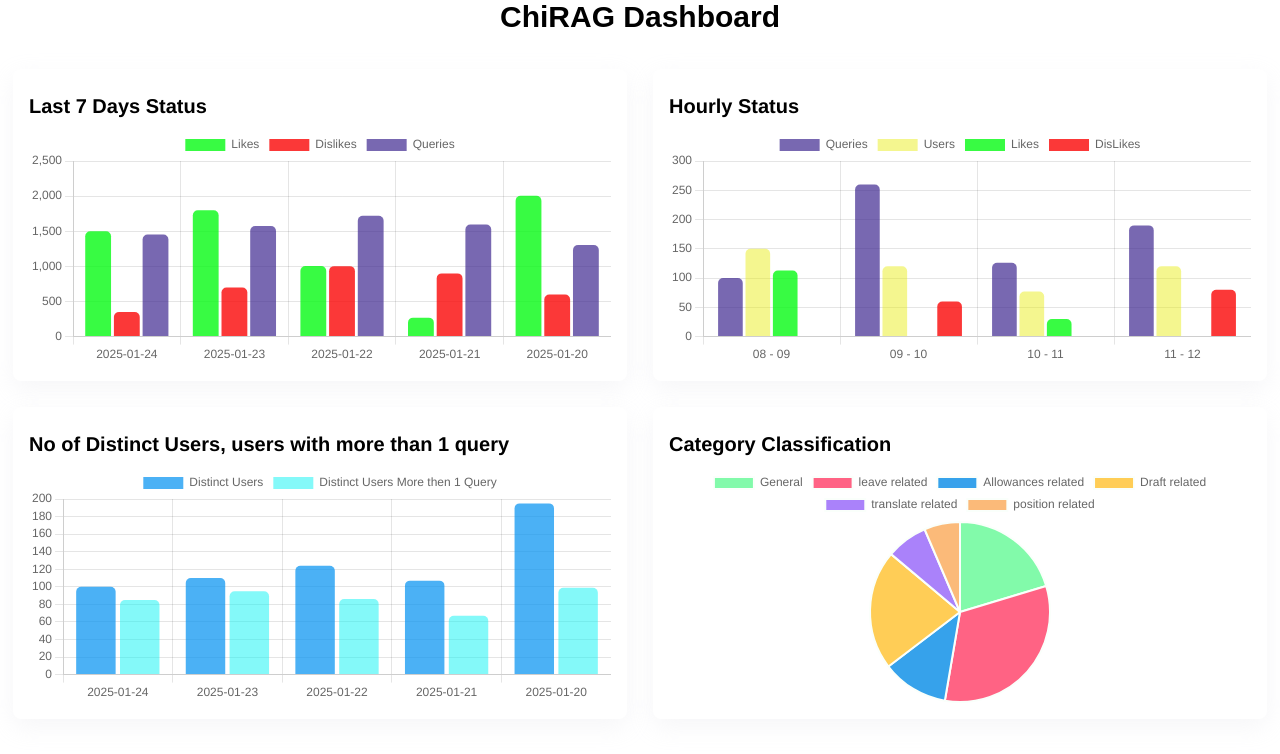
Repository: NAGARAJ-DEVELOPER/Dashboard
Page: /
An editor plug-in stored every save of this project. The page is shown before and after the next save, followed by the edit.
The browser window is 1280 px wide. The pictures show the whole page.
The project was rebuilt for these pictures with package versions that can differ from the ones it lists, and the page was loaded fresh each time. Also part of the build but not shown: vite.config.js.

Above is the page before, as saved 2025-02-16 15:59:19.

### src/App.jsx
import React from "react";
import { Chart as ChartJS, defaults } from "chart.js/auto";
import { Bar, Doughnut, Line, Pie } from "react-chartjs-2";
import { useState,useEffect } from "react";

import "./App.css";




defaults.maintainAspectRatio = false;
defaults.responsive = true;

defaults.plugins.title.display = true;
defaults.plugins.title.align = "start";
defaults.plugins.title.font.size = 20;
defaults.plugins.title.color = "black";

export const App = () => {

  const [Week, setWeekData] = useState([]);
  const [toady, setTodayData] = useState([]);
  const [user, setUserData] = useState([]);
  const [category, setCategoryData] = useState([]);

  useEffect(() => {
      fetch("./config.json") // Load config file
          .then((response) => response.json())
          .then((config) => {
              // Fetch JSON files dynamically
              console.log("Success");
              loadJSON(config.week, setWeekData);
              loadJSON(config.today, setTodayData);
              loadJSON(config.user, setUserData);
              loadJSON(config.category, setCategoryData);
          })
          .catch((error) => console.error("Error loading config.json:", error));
  }, []);

  const loadJSON = (path, setter) => {
      fetch(path)
          .then((response) => response.json())
          .then((data) => setter(data))
          .catch((error) => console.error(`Error loading ${path}:`, error));
  };

  return (
   <>
   <div className="HeaderStyle">
   <h1 >ChiRAG Dashboard</h1>
   </div>
    <div className="App">

        <div className="dataCard categoryCard">
        <Bar
          data={{
            labels: Week.map((data) => data.DATE1),
            datasets: [
              {
                label: "Likes",
                data: Week.map((data) => data.number_of_likes),
                backgroundColor: [
             "rgba(7, 250, 20, 0.8)",
                ],
                borderRadius: 5,
              },
              {
                label: "Dislikes",
                data: Week.map((data) => data.number_of_dislikes),
                backgroundColor: [

                  "rgba(250, 7, 7, 0.8)",

                ],
                borderRadius: 5,
              },
              {
                label: "Queries",
                data: Week.map((data) => data.number_of_ques),
                backgroundColor: [
                  "rgba(63, 40, 145, 0.7)",
                ],
                borderRadius: 5,
              },
            ],
          }}
          options={{
            plugins: {
              title: {
                text: "Last 7 Days Status",
              },
            },
          }}
        />
      </div>


      <div className="dataCard categoryCard">
        <Bar
          data={{
            labels: toady.map((data) => data.B_TIME),
            datasets: [
              {
                label: "Queries",
                data: toady.map((data) => data.C_Questions),
                backgroundColor: [
                  "rgba(63, 40, 145, 0.7)",
                ],
                borderRadius: 5,
              },
              {
                label: "Users",
                data: toady.map((data) => data.D_Users),
                backgroundColor: [

                  "rgba(231, 235, 8, 0.45)",

                ],
                borderRadius: 5,
              },
              {
                label: "Likes",
                data: toady.map((data) => data.F_Likes),
                backgroundColor: [
                  "rgba(7, 250, 20, 0.8)",
                ],
                borderRadius: 5,
              },
              {
                label: "DisLikes",
                data: toady.map((data) => data.Dis_Likes),
                backgroundColor: [
                  "rgba(250, 7, 7, 0.8)",
                ],
                borderRadius: 5,
              },
            ],
          }}
          options={{
            plugins: {
              title: {
                text: "Hourly Status",
              },
            },
          }}
        />
      </div>


      <div className="dataCard categoryCard">
        <Bar
          data={{
            labels: user.map((data) => data.DATE1),
            datasets: [
              {
                label: "Distinct Users",
                data: user.map((data) => data.number_of_distinct_users),
                backgroundColor: 'rgba(9, 149, 241, 0.73)',
                borderRadius: 5,
              },
              {
                label: "Distinct Users More then 1 Query",
                data: user.map((data) => data.Distinct_Users_more_1query),
                backgroundColor:'rgba(10, 243, 243, 0.5)',
                borderRadius: 5,
              },
            ],
          }}
          options={{
            plugins: {
              title: {
                text: "No of Distinct Users, users with more than 1 query",
              },
            },
          }}
        />
      </div>


      <div className="dataCard categoryCard">
        <Pie
          data={{
            labels: category.map((data) => data.category),
            datasets: [
              {
                label: "Count",
                data: category.map((data) => data.COUNT_CAT),
                backgroundColor: [
                  'rgba(7, 245, 86, 0.5)',
         'rgb(255, 99, 132)',
      'rgb(54, 162, 235)',
      'rgb(255, 205, 86)',
        'rgba(86, 6, 245, 0.5)',
        'rgba(247, 129, 11, 0.55)',
                ],
                borderColor: [
                  'rgb(250, 255, 251)',
                  'rgb(250, 255, 251)',
                  'rgb(250, 255, 251)',
                  'rgb(250, 255, 251)',
                  'rgb(250, 255, 251)',
                  'rgb(250, 255, 251)',
                ],animation :Pie,
              },
            ],
          }}
          options={{
            plugins: {
              title: {
                text: "Category Classification",
              },
            },
          }}
        />
      </div>
    </div>
    </>
  );
};

### src/App.css
.App {
  height: 100vh;
  width: 100%;
  display: flex;
  flex-direction: row;
  align-items: center;
  justify-content: center;
  align-content: center;
  gap: 2vw;
  flex-wrap: wrap;
  background-color: #ffffff;
  overflow: auto;
}
.HeaderStyle{
  font-size: 15px;
  display: flex;
  justify-content: center; /* Horizontal alignment */
  align-items: center; /* Vertical alignment */
}
.dotted {
  border-top: 20px dotted #0a0a0a;
}
.vl {
  border-left: 2px dashed rgb(8, 8, 8);
  height: 98%;
  position: absolute;
  left: 49%;
  margin-left: -3px;
  top: 0;
}
.dataCard {
  background-color: #ffffff;
  border-radius: 0.5em;
  box-shadow: rgba(208, 210, 218, 0.2) 0px 8px 24px;
  padding: 1em;
}

.revenueCard {
  width: 92%;
  height: 20rem;
}

.customerCard {
  width: 50%;
  height: 19.5rem;
}

.categoryCard {
  width: 48%;
  height: 19.5rem;
}

### public/config.json
{
    "week": "data/7days.json",
    "today": "data/Today.json",
    "user": "data/Users.json",
    "category": "data/Category.json"
  }

### public/data/7days.json
[
    {  "DATE1": "2025-01-24", "number_of_dislikes": 350, "number_of_likes": 1500,  "number_of_ques": 1452 },
    {  "DATE1": "2025-01-23", "number_of_dislikes": 700, "number_of_likes": 1800,  "number_of_ques": 1574 },
    {  "DATE1": "2025-01-22", "number_of_dislikes": 1003, "number_of_likes": 1005,  "number_of_ques": 1720 },
    {  "DATE1": "2025-01-21", "number_of_dislikes": 900, "number_of_likes": 270,  "number_of_ques": 1596 },
    {  "DATE1": "2025-01-20", "number_of_dislikes": 600, "number_of_likes": 2005,  "number_of_ques": 1304 }
  ]

### public/data/Today.json
[
  { "A_DATE": "2025-01-27", "B_TIME": "08 - 09", "C_Questions": 100, "D_Users": 150 ,"F_Likes": 113},
  { "A_DATE": "2025-01-27",  "B_TIME": "09 - 10", "C_Questions": 260, "D_Users": 120,"Dis_Likes":60},
  { "A_DATE": "2025-01-27", "B_TIME": "10 - 11", "C_Questions": 126, "D_Users": 77, "F_Likes": 30 },
  { "A_DATE": "2025-01-27", "B_TIME": "11 - 12", "C_Questions": 190, "D_Users": 120,"Dis_Likes":80 }
]

### public/data/Users.json
[
  {  "DATE1": "2025-01-24", "number_of_distinct_users": 100, "Distinct_Users_more_1query": 85 },
  {  "DATE1": "2025-01-23", "number_of_distinct_users": 110, "Distinct_Users_more_1query": 95 },
  {  "DATE1": "2025-01-22", "number_of_distinct_users": 124, "Distinct_Users_more_1query": 86  },
  {  "DATE1": "2025-01-21", "number_of_distinct_users": 107, "Distinct_Users_more_1query": 67  },
  {  "DATE1": "2025-01-20", "number_of_distinct_users": 195, "Distinct_Users_more_1query": 99  }
]

### public/data/Category.json
[
  { "category": "General", "COUNT_CAT": 2434 },
  { "category": "leave related", "COUNT_CAT": 3870 },
  { "category": "Allowances related", "COUNT_CAT": 1430 },
  { "category": "Draft related", "COUNT_CAT": 2569 },
  { "category": "translate related", "COUNT_CAT": 891 },
  { "category": "position related", "COUNT_CAT": 770 }
]

Loaded but not shown: index.html (common file); src/main.jsx (common file); src/index.css (common file)

After the next save:
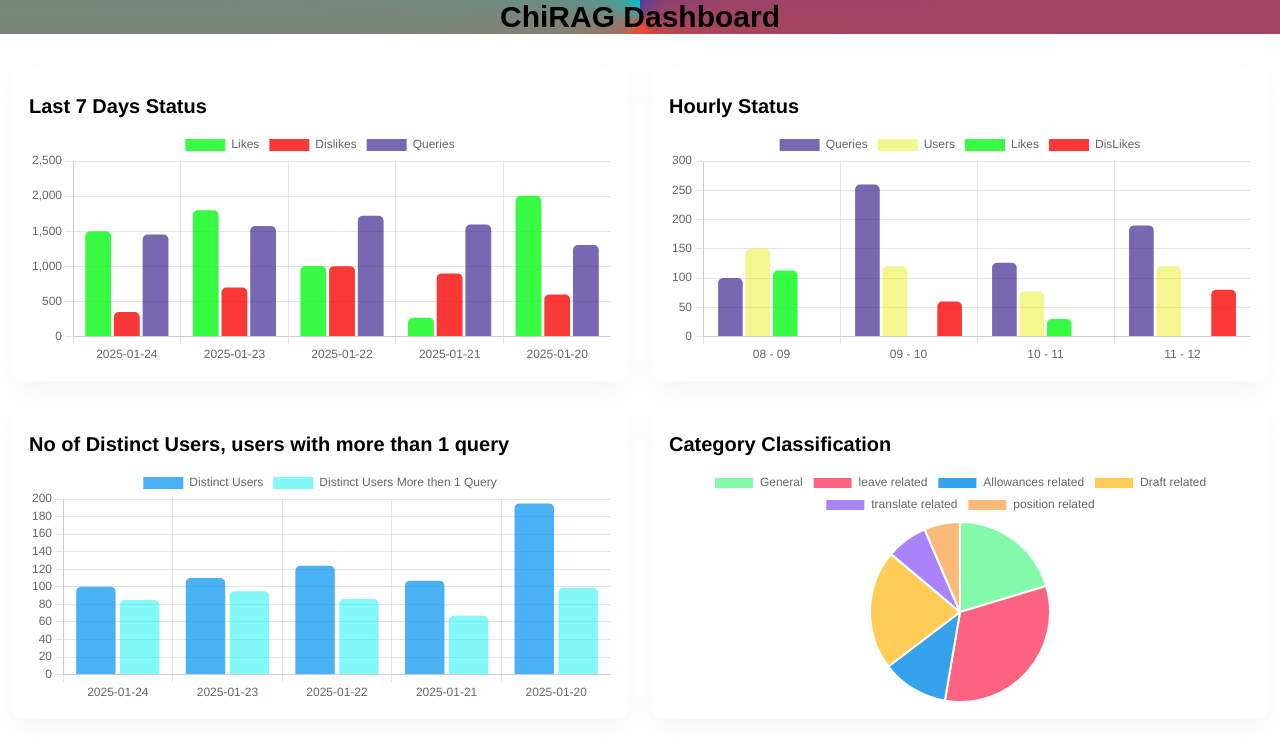
Saved 24 min 45 s later.
--- a/src/App.css
+++ b/src/App.css
@@ -16,6 +16,7 @@
   display: flex;
   justify-content: center; /* Horizontal alignment */
   align-items: center; /* Vertical alignment */
+  background-image: conic-gradient(#553c9a, #ee4b2b, #00c2cb);
 }
 .dotted {
   border-top: 20px dotted #0a0a0a;

After the save that followed:
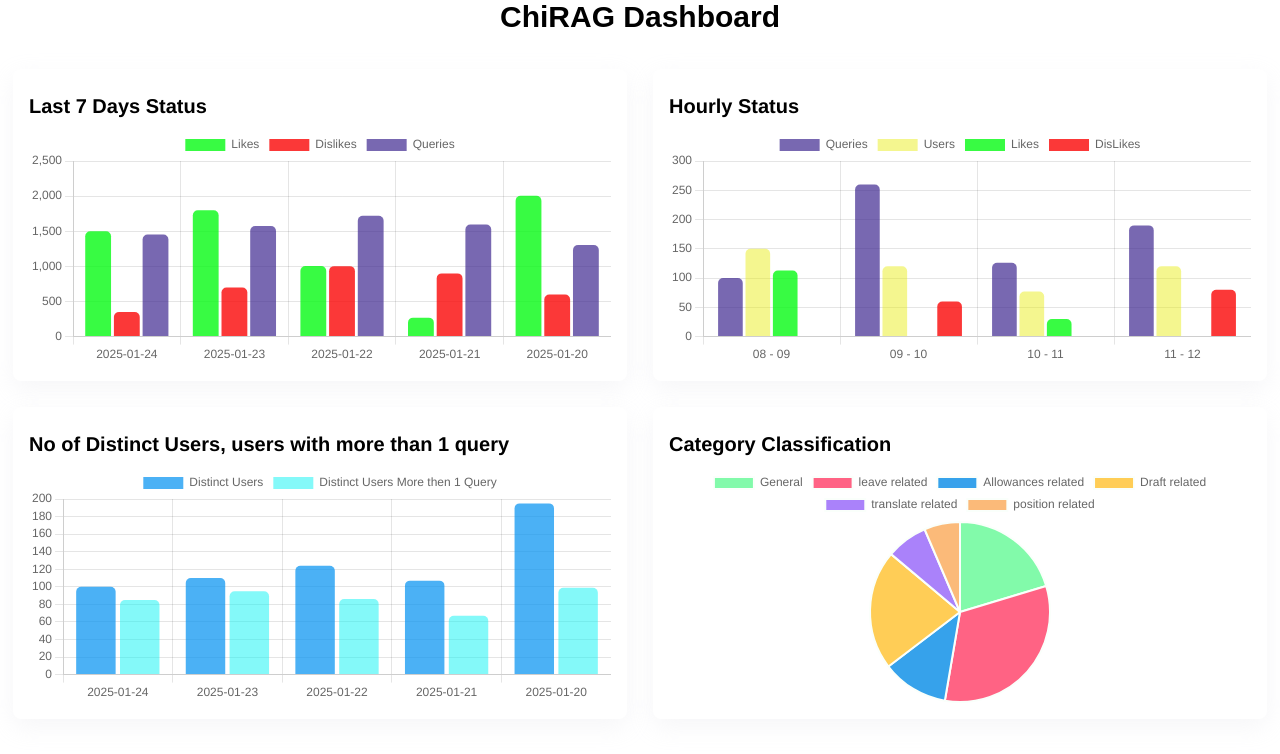
Saved 58 s later.
--- a/src/App.css
+++ b/src/App.css
@@ -16,7 +16,7 @@
   display: flex;
   justify-content: center; /* Horizontal alignment */
   align-items: center; /* Vertical alignment */
-  background-image: conic-gradient(#553c9a, #ee4b2b, #00c2cb);
+  background-image: conic-gradient( #00c2cb);
 }
 .dotted {
   border-top: 20px dotted #0a0a0a;
